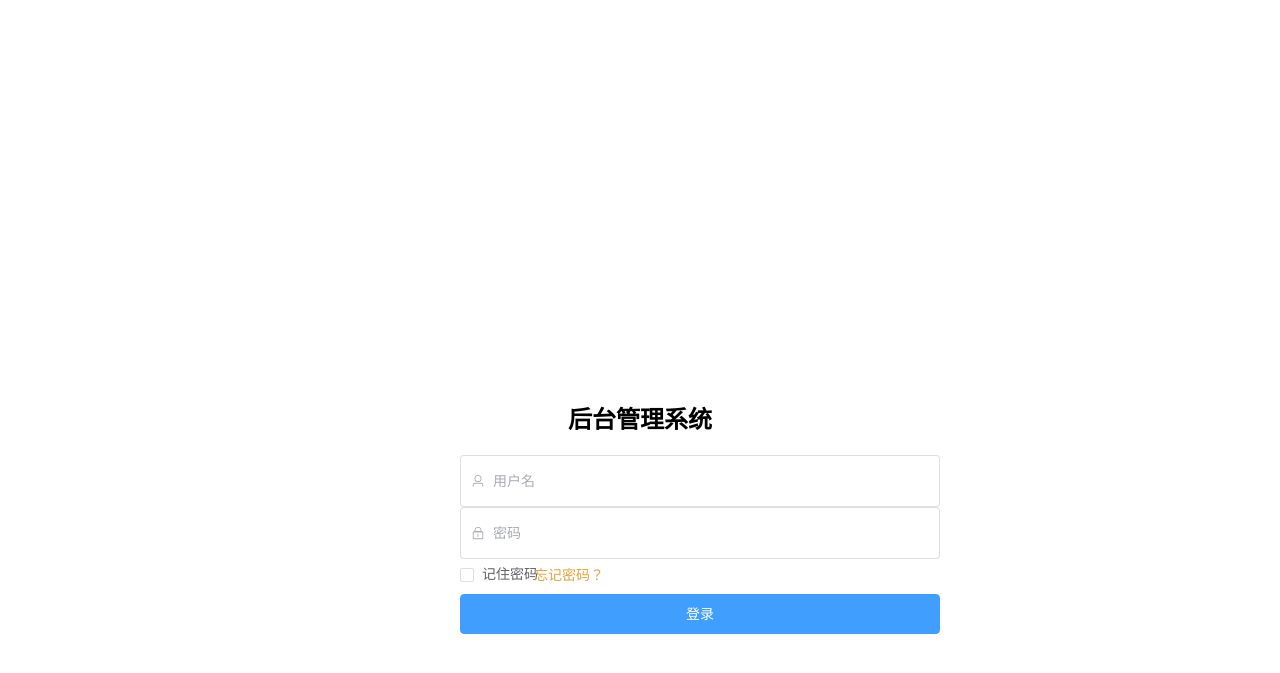
Repository: secret47/test-office-demo
Page: /
The author's editor kept a copy of each file at every save. The page is drawn from the files as they stood at one save, then again after a run of saves.
The browser window is 1280 px wide. The pictures show the whole page.
The project was rebuilt for these pictures with package versions that can differ from the ones it lists, and the page was loaded fresh each time. Also part of the build but not shown: vite.config.js.

Above is the page before, as saved 2024-10-28 14:04:21.

### src/main.js
import { createApp } from 'vue'
import '@/style/main.scss'
import App from './App.vue'
import router from './router'

import lang from "./local"


import ElementPlus from "element-plus";
import 'element-plus/dist/index.css'
import * as ElementPlusIconsVue from '@element-plus/icons-vue'

const app = createApp(App);

for (const [key, component] of Object.entries(ElementPlusIconsVue)) {
    app.component(key, component)
}

app.use(lang)
app.use(ElementPlus)
app.use(router)
app.mount('#app')

### src/style/main.scss
* {
    padding: 0;
    margin: 0;
}

html,
body {
    width: 100%;
    height: 100%;
    background: #ffffff;
}

#app {
    width: 100%;
    height: 100%;
}

### src/router/index.js
import { createRouter, createWebHistory } from 'vue-router'


const routes = [
    {
        path: '/',
        name: 'Login',
        component: () => import('@/views/login.vue'),
    },
    // 其他路由...
]

const router = createRouter({
    history: createWebHistory(),
    routes
})

export default router

### src/local/index.js
import { createI18n } from "vue-i18n";

import message from "./language"
const i18n = createI18n({
    locale: "zh",
    fallbackLocale: "zh",
    messages: message
})

export default i18n;

### src/views/login.vue
<template>
    <div class="login">
        <div class="header">
            <div class="logo"></div>
            <div class="language"></div>
        </div>
        <div class="loginBox">
            <div class="title">
                {{ $t('title') }}
            </div>
            <el-form :model="userInfo" label-width="120px">
                <el-form-item>
                    <el-input v-model="userInfo.username" :placeholder="$t('username')" prefix-icon="user" />
                </el-form-item>
                <el-form-item>
                    <el-input v-model="userInfo.password" :placeholder="$t('password')" type="password" show-password
                        prefix-icon="lock" />
                </el-form-item>
                <el-form-item>
                    <div class="forget">
                        <div><el-checkbox>记住密码</el-checkbox></div>
                        <div><el-link right type="warning" :underline="false">忘记密码？</el-link></div>
                    </div>
                </el-form-item>
                <el-form-item>
                    <el-button type="primary" long class="logBtn">{{ $t('login') }}</el-button>
                </el-form-item>
            </el-form>
        </div>
    </div>
</template>
<script setup>
import { reactive, ref } from 'vue'
const userInfo = reactive({
    username: "",
    password: ""
})
</script>
<style lang="scss" scoped>
.header {
    width: 100%;
    height: 80px;
    background: #ffffff;
}

.loginBox {
    width: 600px;
    /* 调整为更合理的宽度 */
    margin: 300px auto 0;
    padding: 20px;

    .title {
        font-size: 24px;
        font-weight: 700;
        text-align: center;
        margin-bottom: 20px;
    }


    .forget{
        display: flex;
        div{
            width:50%;
            flex:1;
        }
    }

    .logBtn {
        width: 100%;
        height: 40px;
    }
}

/* 使用 ::v-deep 来穿透 scoped 作用域 */
.loginBox ::v-deep .el-input__inner {
    height: 50px;
    /* 调整为更合理的高度 */
    width: 100%;
    /* 宽度设置为100%，填满父容器 */

}
</style>

### src/local/language/index.js
import zh from "./zh"
import en from "./en"

export default {
    ...en,
    ...zh
}

### src/local/language/zh.js
export default{
    zh:{
        title:"后台管理系统",
        login:"登录",
        username:"用户名",
        password:"密码",
        remember:"记住密码",
        forget:"忘记密码",
    }
}

### src/local/language/en.js
export default{
    en:{
        title:"system management"
    }
}

Loaded but not shown: index.html (common file); src/App.vue (common file)

After the next 2 saves:
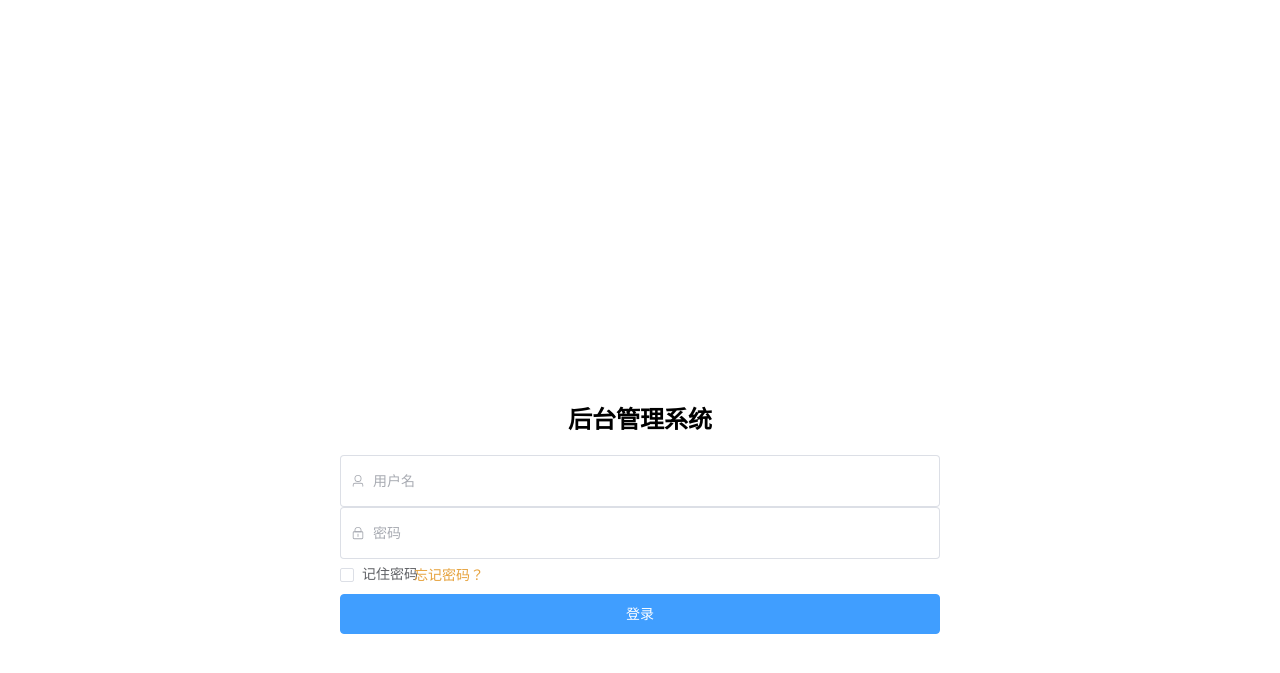
The 2 saves are shown as one change because they came seconds apart.
The last was saved 40 s later.
--- a/src/views/login.vue
+++ b/src/views/login.vue
@@ -8,7 +8,7 @@
             <div class="title">
                 {{ $t('title') }}
             </div>
-            <el-form :model="userInfo" label-width="120px">
+            <el-form :model="userInfo" label-width="0">
                 <el-form-item>
                     <el-input v-model="userInfo.username" :placeholder="$t('username')" prefix-icon="user" />
                 </el-form-item>
@@ -57,11 +57,12 @@ const userInfo = reactive({
     }
 
 
-    .forget{
+    .forget {
         display: flex;
-        div{
-            width:50%;
-            flex:1;
+
+        div {
+            width: 50%;
+            flex: 1;
         }
     }
 
